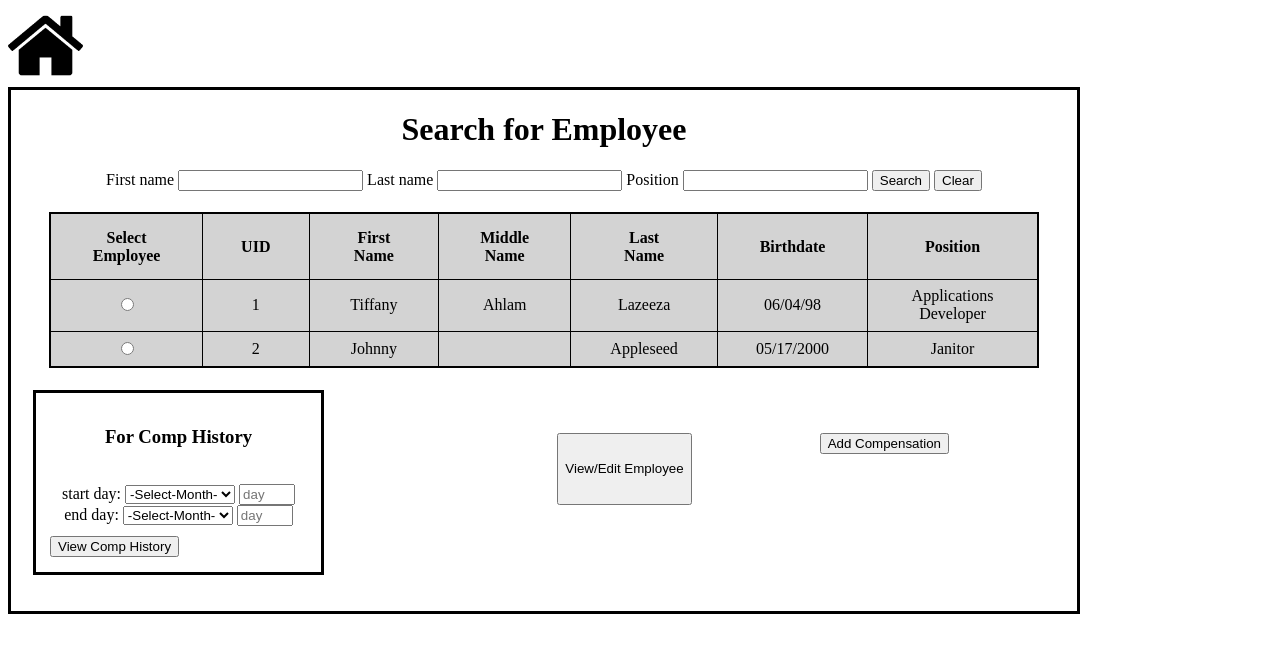
Repository: ticross18/SpringBootEmployeeSystem
Page: EmploymentSystem/src/main/resources/static/searchEmp.html
An editor plug-in stored every save of this project. The page is shown before and after the next save, followed by the edit.
The browser window is 1280 px wide. The pictures show the whole page.

Above is the page before, as saved 2022-05-17 18:13:22.

### EmploymentSystem/src/main/resources/static/searchEmp.html
<!DOCTYPE html>
<html>
<head>
	<title>Search for Employee</title>
	<meta charset="UTF-8">
	<meta name="viewport" content="width=device-width, initial-scale=1.0">
	<link href="css/screens.css" rel="stylesheet" type="text/css">
</head>
<body>

<a href="/"><img src="images/homeIcon2.png" id="homeButton" alt="home button"></a>

<div id="SearchEmpBox" >
	<h1 id="title">Search for Employee</h1>

	<form>
		<label for="fname">First name </label>
		<input type="text" id="fname" name="fname">
		<label for="lname">Last name  </label>
		<input type="text" id="lname" name="lname">
		<label for="position">Position</label>
		<input type="text" id="position" name="position">
		<button type="button" name ="search">Search</button>
		<button type="clear" name ="clear">Clear</button>
	</form>

	<table border=1  rules=rows id="results" >
		<tr>
			<th>Select Employee</th>
			<th>UID</th>
			<th>First Name</th>
			<th>Middle Name</th>
			<th>Last Name</th>
			<th>Birthdate</th>
			<th>Position</th>
		</tr>
		 <tr class="entries">
			<td><input type="radio" name="edit" class="editEmp"/></td>
			<td>1</td>
			<td>Tiffany</td>
			<td>Ahlam</td>
			<td>Lazeeza</td>
			<td>06/04/98</td>
			<td>Applications Developer</td>
		</tr>
		 <tr class="entries">
			<td><input type="radio" name="edit" class="editEmp"/></td>
			<td>2</td>
			<td>Johnny</td>
			<td></td>
			<td>Appleseed</td>
			<td>05/17/2000</td>
			<td>Janitor</td>
		</tr>

	</table>

     <button type="button" class="optionButtons" onclick="location.href = '#';" style="float:right; margin-top:6vh;" id="addEmp" > Add Compensation </button>

     <button type="button" class="optionButtons" onclick="location.href = '#';" style="float:right; margin-top:6vh; height:10vh;" id="viewEditEmp"> View/Edit Employee </button>

	<div id="dateRange">
		<h3>For Comp History</h3><br>

		<label >start day:</label>
		    <select class='monthDropDown'>
			    <option selected value=''>-Select-Month-</option>
			    <option value='1'>January</option>
			    <option value='2'>February</option>
			    <option value='3'>March</option>
			    <option value='4'>April</option>
			    <option value='5'>May</option>
			    <option value='6'>June</option>
			    <option value='7'>July</option>
			    <option value='8'>August</option>
			    <option value='9'>September</option>
			    <option value='10'>October</option>
			    <option value='11'>November</option>
			    <option value='12'>December</option>
		    </select>
		    <input type="number"min="0" max="31" placeholder="day"/>

		    <br>

		<label>end day:</label>
		<select class='monthDropDown'>
		    <option selected value=''>-Select-Month-</option>
		    <option value='1'>January</option>
		    <option value='2'>February</option>
		    <option value='3'>March</option>
		    <option value='4'>April</option>
		    <option value='5'>May</option>
		    <option value='6'>June</option>
		    <option value='7'>July</option>
		    <option value='8'>August</option>
		    <option value='9'>September</option>
		    <option value='10'>October</option>
		    <option value='11'>November</option>
		    <option value='12'>December</option>
	    </select>
	    <input type="number"min="0" max="31" placeholder="day"/>
	     <br><button type="button" class="optionButtons" onclick="location.href = '#';" id="compHistory" > View Comp History </button>

	</div>


</div>
</body>
</html>

### EmploymentSystem/src/main/resources/static/css/screens.css
.container {
   display: flex;

}

#homeButton{
	width:75px;
	height:75px;
	position: relative;
}

.asterisk{
	color: red;
}

#addEmpBox {
	padding-left: 40vw;
	border: 3px solid rgb(0, 0, 0);
	padding-bottom: 15px;
}

#addEmpBox input {
	margin-bottom: 15px;
	padding: 2px;
}

#SearchEmpBox {
	border: 3px solid rgb(0, 0, 0);
	padding-bottom: 15px;
	margin-right: 15vw;
	text-align: center;
}

#userInput {
	display:inline-table;
}

#results {
	border: 2px solid black;
	margin: 10px;
	background-color: lightgrey;
	border-collapse: collapse;
	margin:  3vh 3vw;
}

#results th {
	padding: 2vh 3vw;
	border-left: 1px solid #000;
    border-right: 1px solid #000;
}

#results td {
	padding: 1vh 3vw ;
	border-left: 1px solid #000;
    border-right: 1px solid #000;

}

#finalEdit{
	text-align: left;
	position: left;
}

button.optionButtons {
	margin-top: 10px;
	margin-right: 10vw;
}

button.optionButtons:active {
  box-shadow: 0 5px #666;
  transform: translateY(4px);
}

button.optionButtons:hover {
  background-color: rgb(255, 255, 128);
  cursor: pointer;
}

#dateRange {
	border: 3px solid rgb(0, 0, 0);
	width:fit-content;
	margin: 3vh;
	padding: 2vh;
}



.monthDropDown {
	width:110px;
}


tr.entries:hover {
  background-color: white;
  cursor: pointer;
}

After the next save:
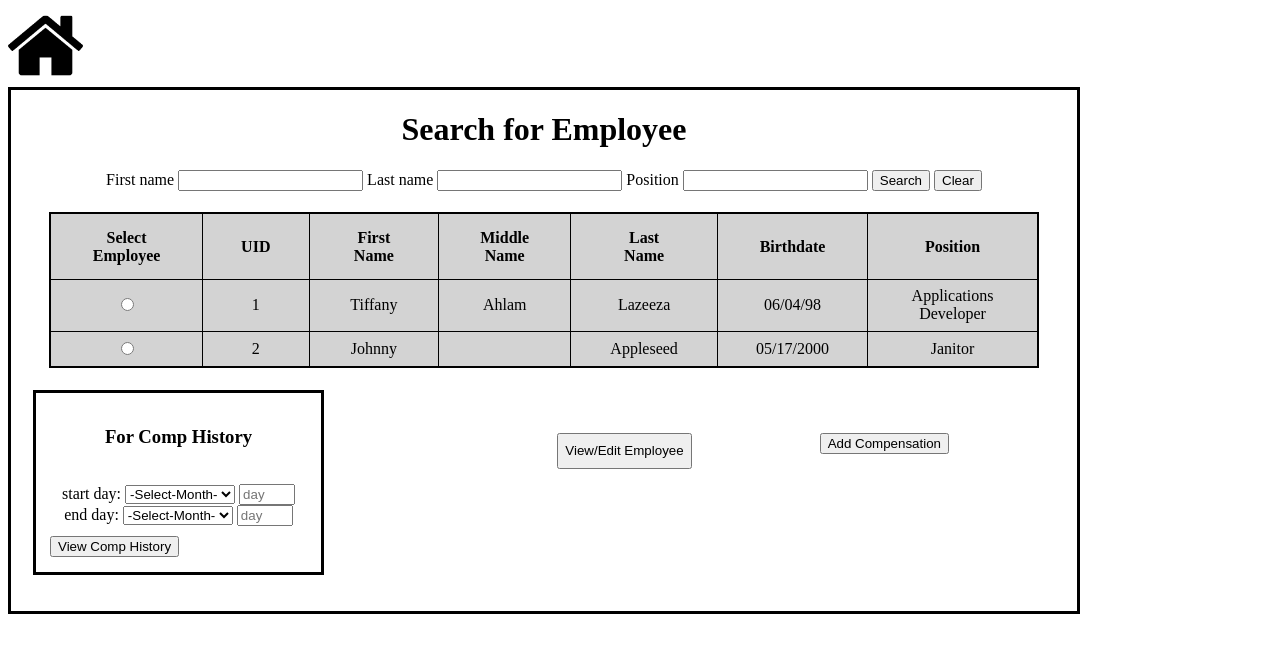
Saved 7 s later.
--- a/EmploymentSystem/src/main/resources/static/searchEmp.html
+++ b/EmploymentSystem/src/main/resources/static/searchEmp.html
@@ -57,7 +57,7 @@
 
      <button type="button" class="optionButtons" onclick="location.href = '#';" style="float:right; margin-top:6vh;" id="addEmp" > Add Compensation </button>
 
-     <button type="button" class="optionButtons" onclick="location.href = '#';" style="float:right; margin-top:6vh; height:10vh;" id="viewEditEmp"> View/Edit Employee </button>
+     <button type="button" class="optionButtons" onclick="location.href = '#';" style="float:right; margin-top:6vh; height:5vh;" id="viewEditEmp"> View/Edit Employee </button>
 
 	<div id="dateRange">
 		<h3>For Comp History</h3><br>
